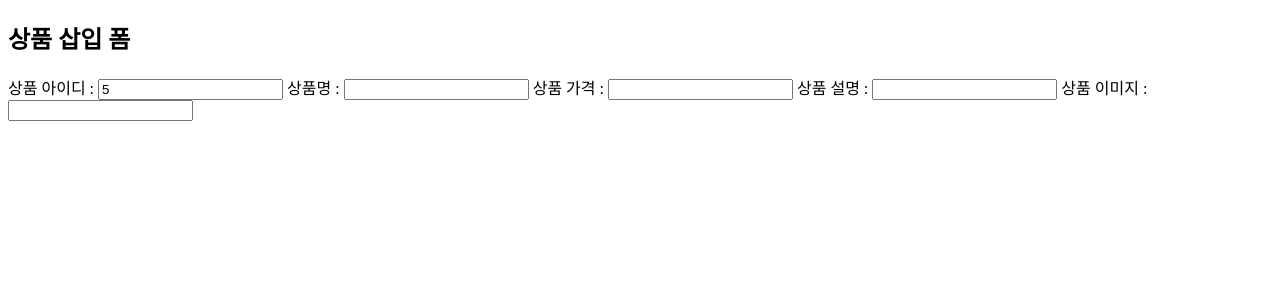
Repository: JhPlayGround/jsp
Page: http://localhost/chap03_MVC_JDBC/WEB-INF/views/jsp/insertForm.jsp
An editor plug-in stored every save of this project. The page is shown before and after the next save, followed by the edit.
The browser window is 1280 px wide. The pictures show the whole page.
The page is served by Tomcat 9. Nobody is signed in. The template is opened directly, without the code that normally fills it, so the values that code supplies are empty.

Above is the page before, as saved 2019-08-06 01:54:29.

After the next save:
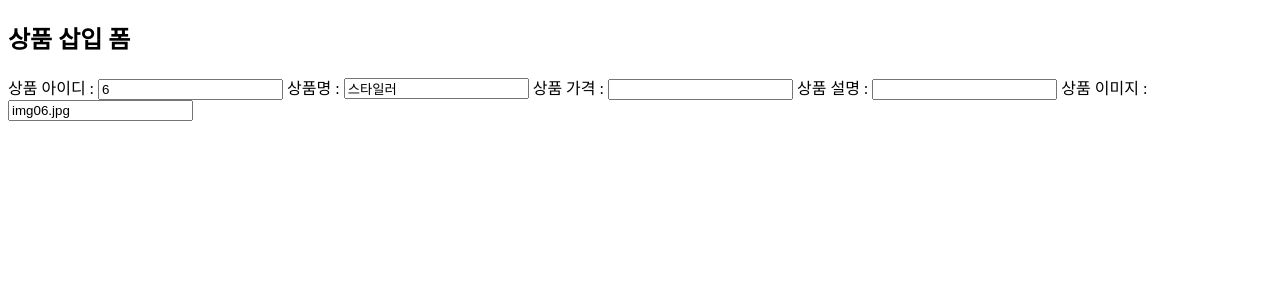
Saved 73 s later.
--- a/workspace/chap03_MVC_JDBC/src/main/webapp/WEB-INF/views/jsp/insertForm.jsp
+++ b/workspace/chap03_MVC_JDBC/src/main/webapp/WEB-INF/views/jsp/insertForm.jsp
@@ -9,11 +9,11 @@
 <body>
 	<h2>상품  삽입 폼</h2>
 	<form method="post">
-		상품 아이디 : <input id = "item_id" name = "item_id" value = "5">
- 		상품명 : <input id = "item_name" naem = "item_name">
+		상품 아이디 : <input id = "item_id" name = "item_id" value = "6">
+ 		상품명 : <input id = "item_name" naem = "item_name" value="스타일러" >
 		상품 가격 : <input id = "item_price" name = "item_price">
 		상품 설명 : <input id = "item_des" name = "item_des">
-		상품 이미지 : <input id = "item_pic" name = "item_pic">
+		상품 이미지 : <input id = "item_pic" name = "item_pic" value="img06.jpg">
 	</form>
 </body>
 </html>
